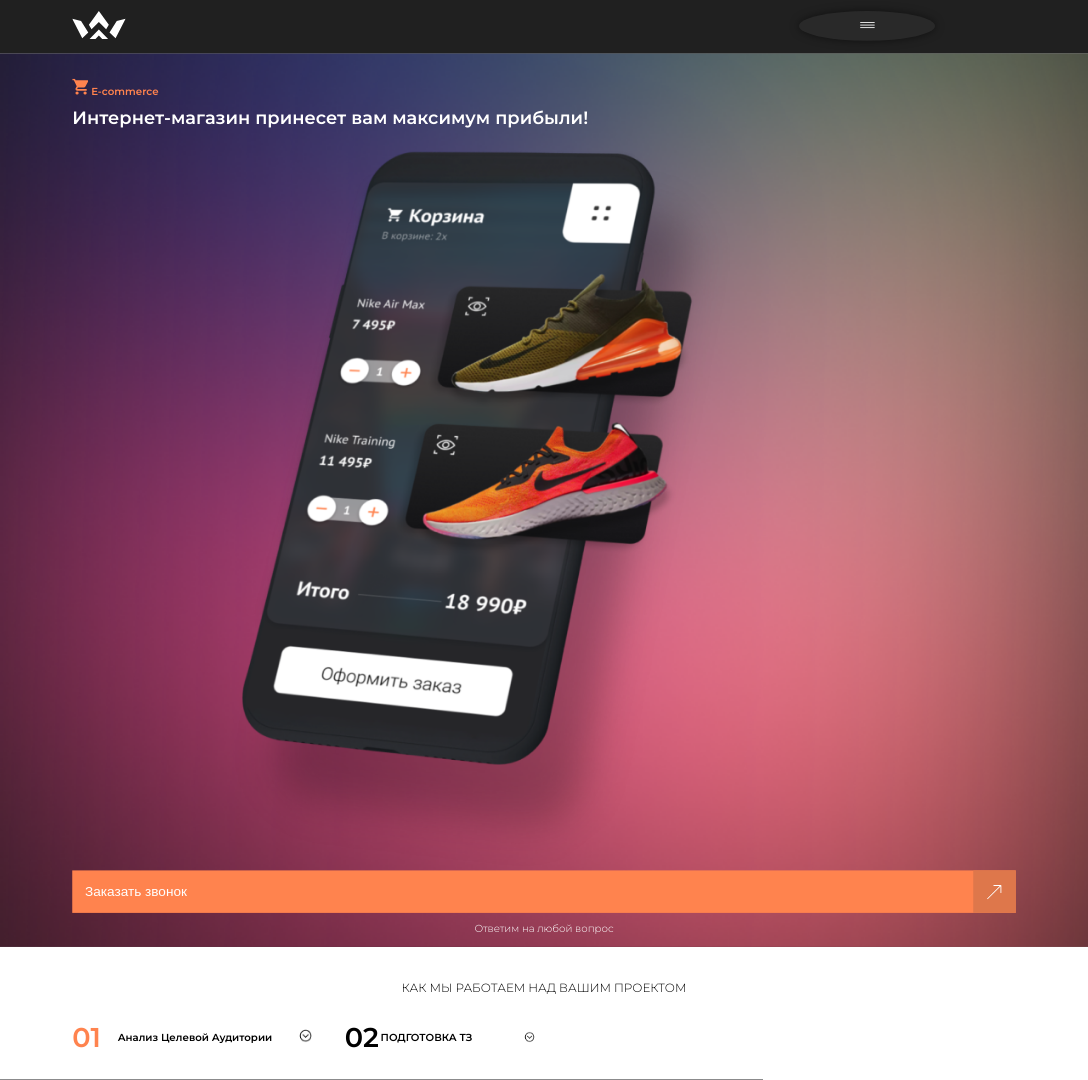
Repository: Gabi0605/my-tests
Page: web_alternative/index.html
The author's editor kept a copy of each file at every save. The page is drawn from the files as they stood at one save, then again after a run of saves.
The browser window is 1280 px wide. The pictures show the whole page, at 85% of full size.
The style sheet was rebuilt from its Sass, Less or Tailwind sources for each picture, by a compiler version that may differ from the author's.

Above is the page before, as saved 2020-01-19 20:21:27.

### web_alternative/index.html
<!DOCTYPE html>
<html lang="ru">
<head>
    <meta charset="UTF-8">
    <meta name="viewport" content="width=device-width, initial-scale=1.0">
    <meta http-equiv="X-UA-Compatible" content="ie=edge">
    <title>WEB ALTERNATIVE</title>
    <link href="https://fonts.googleapis.com/css?family=Montserrat:300,400,600|Roboto:300,700&display=swap" rel="stylesheet">
    <link rel="stylesheet" href="css/bootstrap-grid.min.css">
    <link rel="stylesheet" href="css/style.css">
</head>
<body>
    <header>
        <div class="container">
            <div class="row">
                <div class="col-4">
                    <div class="logo">
                        <img src="img/svg/logo.svg" alt="">
                    </div>
                </div>
                <div class="col-2 offset-5">
                    <div class="burger">
                        <div class="rect"></div>
                        <div class="rect"></div>
                        <div class="rect"></div>
                    </div>
                </div>
            </div>
        </div>
    </header>
    <div class="call">
        <div class="container">
            <div class="e-commerce">
                <img src="img/svg/shopping-cart.svg" alt=""> E-commerce
            </div>
            <h2>
                Интернет-магазин принесет вам максимум прибыли!
            </h2>
            <div class="row">
                <div class="col-8 offset-2">
                    <img src="img/phone.png" alt="">
                </div>
            </div>
            <button>
                Заказать звонок
            </button>
            <p>Ответим на любой вопрос</p>
        </div>
    </div>
    <div class="work">
        <div class="container">
            <div class="row">
                <div class="col-10 offset-1">
                    <h2>Как мы работаем над вашим проектом</h2>
                </div>
                <div class="item item-active">
                    <div class="col-2 item__number">01</div>
                    <div class="col-8 item__p">
                        <p>Анализ целевой аудитории</p>
                    </div>
                    <div class="col-2 item__btn">
                        <button><img src="img/arrow-down.png" alt=""></button>
                    </div>
                </div>
                <div class="item">
                    <div class="col-2 item__number">02</div>
                    <div class="col-8 item__p">
                        <p>Подготовка ТЗ</p>
                    </div>
                    <div class="col-2 item__btn">
                        <button><img src="img/arrow-down.png" alt=""></button>
                    </div>
                </div>
            </div>
        </div>
    </div>
</body>
</html>

### web_alternative/less/style.less
*{
    margin: 0;
    padding: 0;
    box-sizing: border-box;
}
.montserrat{
    font-family: 'Montserrat', sans-serif;
}
.roboto{
    font-family: 'Roboto', sans-serif;
}
p{
    .montserrat;
    font-size: 12px;
    line-height: 15px;
}
@background: #171718;
@gray: #202020;
@burger: #292929;
@orange: #FF834E;
@darkorange: #DE774B;
body{
    .montserrat
}
img{
    max-width: 100%;
}
button{
    background: none;
    border: none;
    cursor: pointer;
    &:focus{
        outline: none;
    }
}

header{
    background: @gray;
    padding: 13px 0;
    .burger{
        background: @burger;
        border-radius: 50%;
        box-shadow: 0 0 10px rgba(0, 0, 0, 0.5);
        min-width: 35px;
        min-height: 35px;
        display: flex;
        flex-direction: column;
        justify-content: center;
        align-items: center;
        .rect{
            min-width: 17px;
            max-width: 50%;
            height: 1px;
            background: #fff;
            margin-bottom: 2px;
        }
    }
}
.call{
    background: @background;
    background-image: url(../img/mobile-background-block-one.png);
    background-size: cover;
    padding: 29px 0 15px;
    .e-commerce{
        color: @orange;
        font-weight: 600;
        font-size: 12px;
        line-height: 15px;
    }
    h2{
        color: #fff;
        font-weight: 600;
        font-size: 21px;
        line-height: 28px;
        padding: 10px 0 24px;
    }
    button{
        background: @orange;
        color: #fff;
        font-weight: 400;
        font-size: 16px;
        line-height: 20px;
        padding: 15px;
        border: none;
        width: 100%;
        text-align: left;
        position: relative;
        &::after{
            content: "";
            position: absolute;
            top: 0;
            bottom: 0;
            right: 0;
            width: 50px;
            background: @darkorange;
            background-image: url(../img/svg/Union.svg);
            background-repeat: no-repeat;
            background-position: center;
        }
    }
    p{
        font-weight: 300;
        font-size: 12px;
        line-height: 15px;
        color: #fff;
        text-align: center;
        padding-top: 10px;
    }
}
.work{
    padding: 40px 0 30px;
    h2{
        font-size: 14px;
        line-height: 17px;
        font-weight: 300;
        text-transform: uppercase;
        text-align: center;
        padding-bottom: 30px;
    }
    .item{
        display: flex;
        align-items: center;
        &__number{
            font-size: 32px;
            line-height: 39px;
            font-weight: 600;
        }
        &__p{
            text-transform: uppercase;
            font-size: 12px;
            line-height: 15px;
            font-weight: 600;
        }
        &-active{
            .item__number{
                color: @orange;
            }
            .item__p{
                text-transform: capitalize;
            }
        }
    }
}

Loaded but not shown: web_alternative/css/bootstrap-grid.min.css (library)

After the next 2 saves:
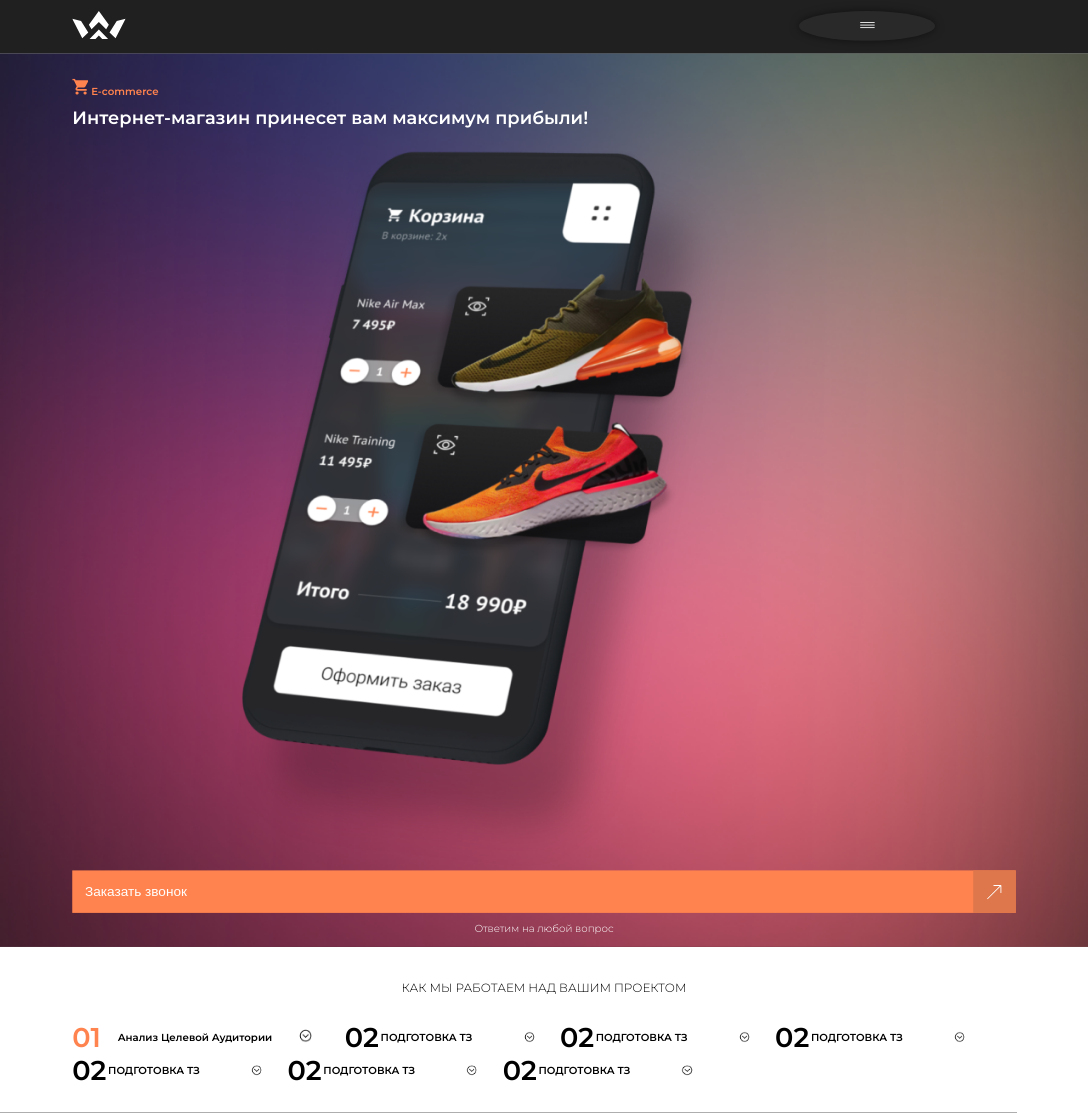
The 2 saves are shown as one change because they came seconds apart.
The last was saved 12 s later.
--- a/web_alternative/index.html
+++ b/web_alternative/index.html
@@ -71,6 +71,51 @@
                         <button><img src="img/arrow-down.png" alt=""></button>
                     </div>
                 </div>
+                <div class="item">
+                    <div class="col-2 item__number">02</div>
+                    <div class="col-8 item__p">
+                        <p>Подготовка ТЗ</p>
+                    </div>
+                    <div class="col-2 item__btn">
+                        <button><img src="img/arrow-down.png" alt=""></button>
+                    </div>
+                </div>
+                <div class="item">
+                    <div class="col-2 item__number">02</div>
+                    <div class="col-8 item__p">
+                        <p>Подготовка ТЗ</p>
+                    </div>
+                    <div class="col-2 item__btn">
+                        <button><img src="img/arrow-down.png" alt=""></button>
+                    </div>
+                </div>
+                <div class="item">
+                    <div class="col-2 item__number">02</div>
+                    <div class="col-8 item__p">
+                        <p>Подготовка ТЗ</p>
+                    </div>
+                    <div class="col-2 item__btn">
+                        <button><img src="img/arrow-down.png" alt=""></button>
+                    </div>
+                </div>
+                <div class="item">
+                    <div class="col-2 item__number">02</div>
+                    <div class="col-8 item__p">
+                        <p>Подготовка ТЗ</p>
+                    </div>
+                    <div class="col-2 item__btn">
+                        <button><img src="img/arrow-down.png" alt=""></button>
+                    </div>
+                </div>
+                <div class="item">
+                    <div class="col-2 item__number">02</div>
+                    <div class="col-8 item__p">
+                        <p>Подготовка ТЗ</p>
+                    </div>
+                    <div class="col-2 item__btn">
+                        <button><img src="img/arrow-down.png" alt=""></button>
+                    </div>
+                </div>
             </div>
         </div>
     </div>
